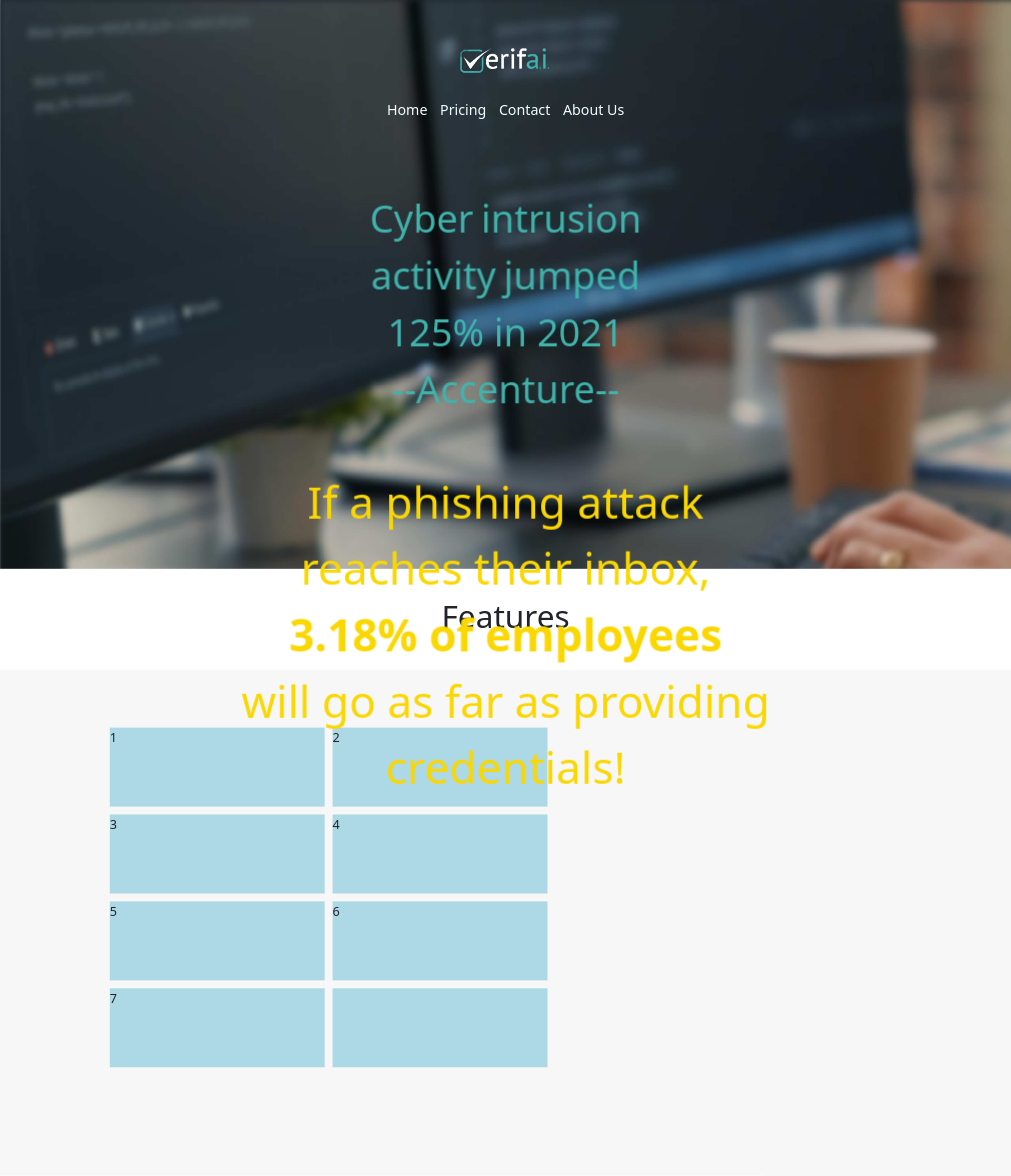
Repository: Ali-VB/verif-website
Page: /
The author's editor kept a copy of each file at every save. The page is drawn from the files as they stood at one save, then again after the next save.
The browser window is 1280 px wide. The pictures show the whole page, at 79% of full size.
The project was rebuilt for these pictures with package versions that can differ from the ones it lists, and the page was loaded fresh each time.

Above is the page before, as saved 2022-04-19 10:55:18.

### src/index.css
 body {
  margin: 0;
  padding: 0;
  font-family: -apple-system, BlinkMacSystemFont, 'Segoe UI', 'Roboto', 'Oxygen',
    'Ubuntu', 'Cantarell', 'Fira Sans', 'Droid Sans', 'Helvetica Neue',
    sans-serif;
  -webkit-font-smoothing: antialiased;
  -moz-osx-font-smoothing: grayscale;
}

/* code {
  font-family: source-code-pro, Menlo, Monaco, Consolas, 'Courier New',
    monospace;
}  */

### src/App.js
import React from "react";
import './App.css'
import Navbar from './components/Navbar/Navbar';
import Features from './components/Features/Features'
import Header from './components/Header/Header'


function App() {
  return (
    <div>
      <div className="nav-bg">
        <Navbar />
        <Header />

      </div>
       <Features />
    </div>

  );
}

export default App;

### src/App.css

.nav-bg{
    background-image: url("./Assets/imgs/nav-bg.png");
    height: 100vh;
}

### src/components/Navbar/Navbar.jsx
import React from "react";
import "./Navbar.css";
import verifLogo from "../../Assets/imgs/logo_verif_white.png";
import Header from "../Header/Header";

function Navbar() {
  return (
    <div className="container">
      <div className=" navbar">
        <img className="verif-logo" src={verifLogo} alt="verif-logo" />
        <ul className="navLink">
          <li>Home</li>
          <li>Pricing</li>
          <li>Contact</li>
          <li>About Us</li>
        </ul>
      </div>
    </div>
  );
}

export default Navbar;

### src/components/Features/Features.jsx
import React from "react";
import "./Features.css";
const Features = () => {
  return (
    <div>
      <div className="features-title-section">
        <h1 className="features-title">Features</h1>
      </div>
      <div className="features-section">
        <div className="feature-table">
          <div>1</div>
          <div>2</div>
          <div>3</div>
          <div>4</div>
          <div>5</div>
          <div>6</div>
          <div>7</div>
          <div></div>
        </div>
      </div>
    </div>
  );
};

export default Features;

### src/components/Header/Header.jsx
import React from "react";
import "./Header.css";

export default function Header() {
  return (
    <div className="header-animated">
      <div className="text-first">
        <span className="text-first-span">Cyber</span>
        <span className="text-first-span">intrusion</span>
        <span className="text-first-span">activity</span>
        <span className="text-first-span">jumped</span>
        <span className="text-first-span">125% in 2021</span>
        <span className="text-first-span">--Accenture--</span>
      </div>
      <div className="text-second">
        <span className="text-second-span">If a phishing attack reaches their inbox,</span>
        <span className="text-second-span">3.18% of employees</span>
        <span className="text-second-span">
          will go as far as providing credentials!
        </span>
      </div>
    </div>
  );
}

### src/components/Navbar/Navbar.css

.navbar{
    display: flex;
    flex-direction: column;
    justify-content: center;
    height:10rem;
}
.verif-logo{
    width: 8rem;
    margin-top: 3rem;
}
.verif-logo:hover{
    cursor: pointer;
}
.navLink{
    margin: 0;
    padding:0;
    list-style-type: none;
    display: flex;
    color: azure;
    font-size: 18px;
    gap: 1rem;

}
.navLink:hover{
    cursor: pointer;
}

### src/components/Features/Features.css
.features-title-section{
    height: 8rem;
    display: flex;
    justify-content: center;
    align-items: center;
}
.features-title{

}
.features-section{
    height: 40rem;
    background-color: #f7f7f7;
}
.feature-table{
    display: flex;
    flex-wrap: wrap;
    justify-content: center;
    align-items: center;
    align-content: center;
    width: 65%;
    height: 80vh;
    overflow: auto;
    flex-direction: row;
}
.feature-table div{
    width: 17rem;
    height: 100px;
    margin: 5px;
    background-color: lightblue;
}

### src/components/Header/Header.css
.header-animated{
    overflow-wrap:break-word;
    margin:0 auto;
    padding: 3rem 5rem;
}

.text-first {
    padding: 2rem 2rem;
    color: #40B3AC;
    font-size:3rem;
    width: 40%;
    margin: 0 auto;
    text-align: center;
    transform: scale(0.94);
    animation: scale 2s forwards cubic-bezier(0.5, 1, 0.89, 1);
  }
.text-second {
    padding: 2rem 2rem;
    color: #FAD700;
    font-size:3.5rem;
    width: 70%;
    margin: 0 auto;
    text-align: center;
    transform: scale(0.94);
    animation: scale 3s forwards cubic-bezier(0.5, 1, 0.89, 1);
  }
  @keyframes scale {
    100% {
      transform: scale(1);
    }
  }

  .text-first-span {
    display: inline-block;
    opacity: 0;
    filter: blur(4px);
  }

  .text-first-span:nth-child(1) {
    animation: fade-in 1s 0.1s forwards cubic-bezier(0.11, 0, 0.5, 0);
    margin: 0 0.3rem;
  }

  .text-first-span:nth-child(2) {
    animation: fade-in 1s 0.3s forwards cubic-bezier(0.11, 0, 0.5, 0);
    margin: 0 0.3rem;
  }

  .text-first-span:nth-child(3) {
    animation: fade-in 1s 0.5s forwards cubic-bezier(0.11, 0, 0.5, 0);
    margin: 0 0.3rem;
  }

  .text-first-span:nth-child(4) {
    animation: fade-in 1s 0.7s forwards cubic-bezier(0.11, 0, 0.5, 0);
    margin: 0 0.3rem;
  }

  .text-first-span:nth-child(5) {
    animation: fade-in 1s 0.9s forwards cubic-bezier(0.11, 0, 0.5, 0);
    margin: 0 0.3rem;
  }
  .text-first-span:nth-child(6) {
    animation: fade-in 1s 0.9s forwards cubic-bezier(0.11, 0, 0.5, 0);
    margin: 0 0.3rem;
  }

  .text-second-span {
    display: inline-block;
    opacity: 0;
    filter: blur(4px);
  }

  .text-second-span:nth-child(1) {
    animation: fade-in 1.2s 2.2s forwards cubic-bezier(0.11, 0, 0.5, 0);
    margin: 0 0.3rem;
  }

  .text-second-span:nth-child(2) {
    animation: fade-in 1.8s 2.6s forwards cubic-bezier(0.11, 0, 0.5, 0);
    margin: 0 0.3rem;
    font-weight: bolder;
  }

  .text-second-span:nth-child(3) {
    animation: fade-in 1.2s 3.6s forwards cubic-bezier(0.11, 0, 0.5, 0);
    margin: 0 0.3rem;
  }


  @keyframes fade-in {
    100% {
      opacity: 1;
      filter: blur(0);
    }
  }

  @media only screen and (max-width: 992px) {
    .text-first {
        margin-top: 3rem;
        margin-bottom: 2rem;
        padding: 0.1rem 0.1rem;
        width: 90%;
        font-size:3.5rem;


      }
      .text-second {
        padding: 0.1rem 0.1rem;
        width: 90%;
        font-size:4rem;

      }
  }

  @media only screen and (max-width: 768px) {
    .text-first {
        margin-top: 4.5rem;
        margin-bottom: 3rem;
        padding: 0.1rem 0.1rem;
        width: 90%;
        font-size:1.5rem;


      }
    .text-second {
        padding: 0.1rem 0.1rem;
        width: 90%;
        font-size:2.1rem;

      }
  }

Loaded but not shown: public/index.html (common file); src/index.js (common file); src/reportWebVitals.js (common file)

After the next save:
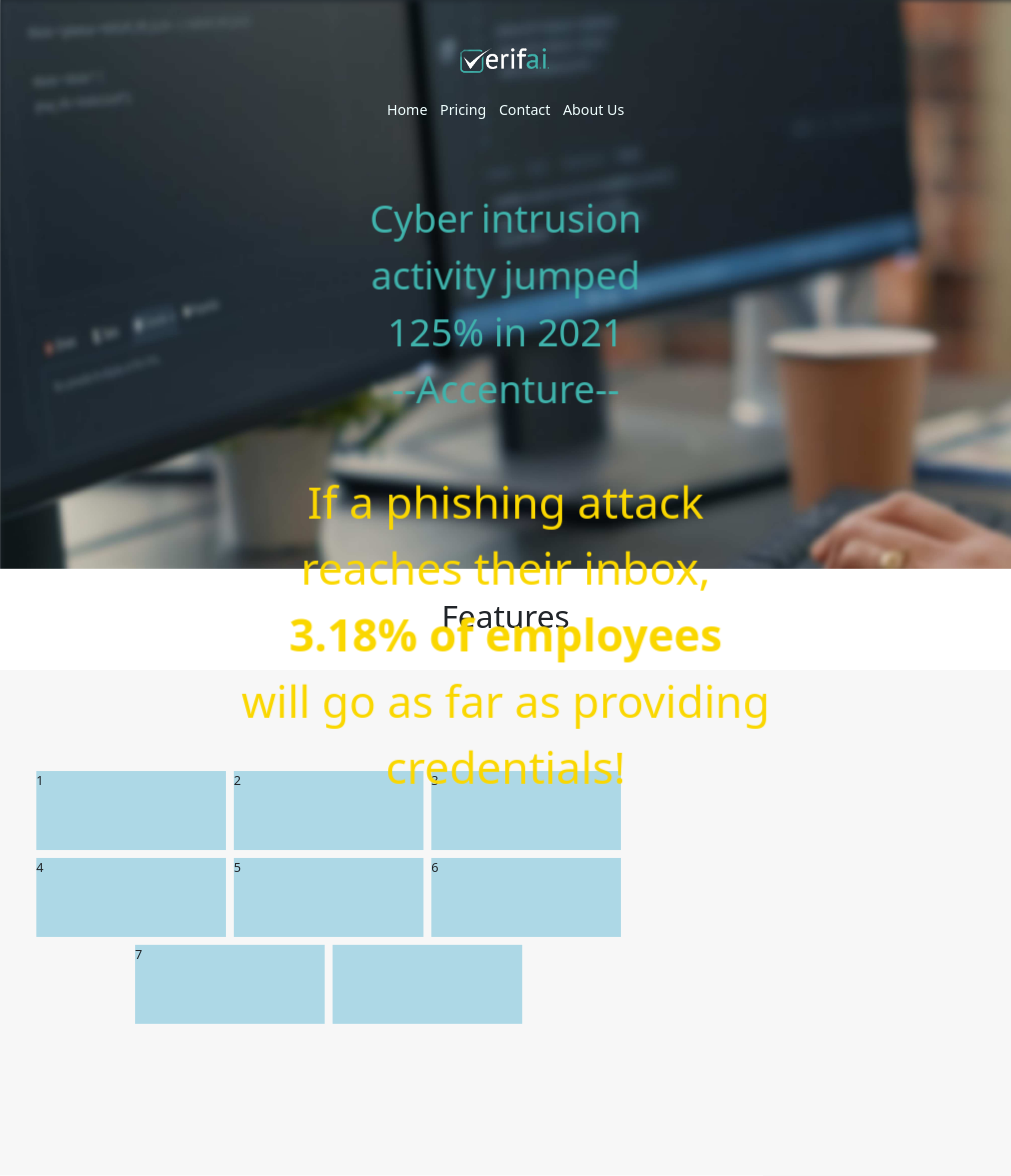
Saved 6 s later.
--- a/src/components/Features/Features.css
+++ b/src/components/Features/Features.css
@@ -23,7 +23,7 @@
     flex-direction: row;
 }
 .feature-table div{
-    width: 17rem;
+    width: 15rem;
     height: 100px;
     margin: 5px;
     background-color: lightblue;
